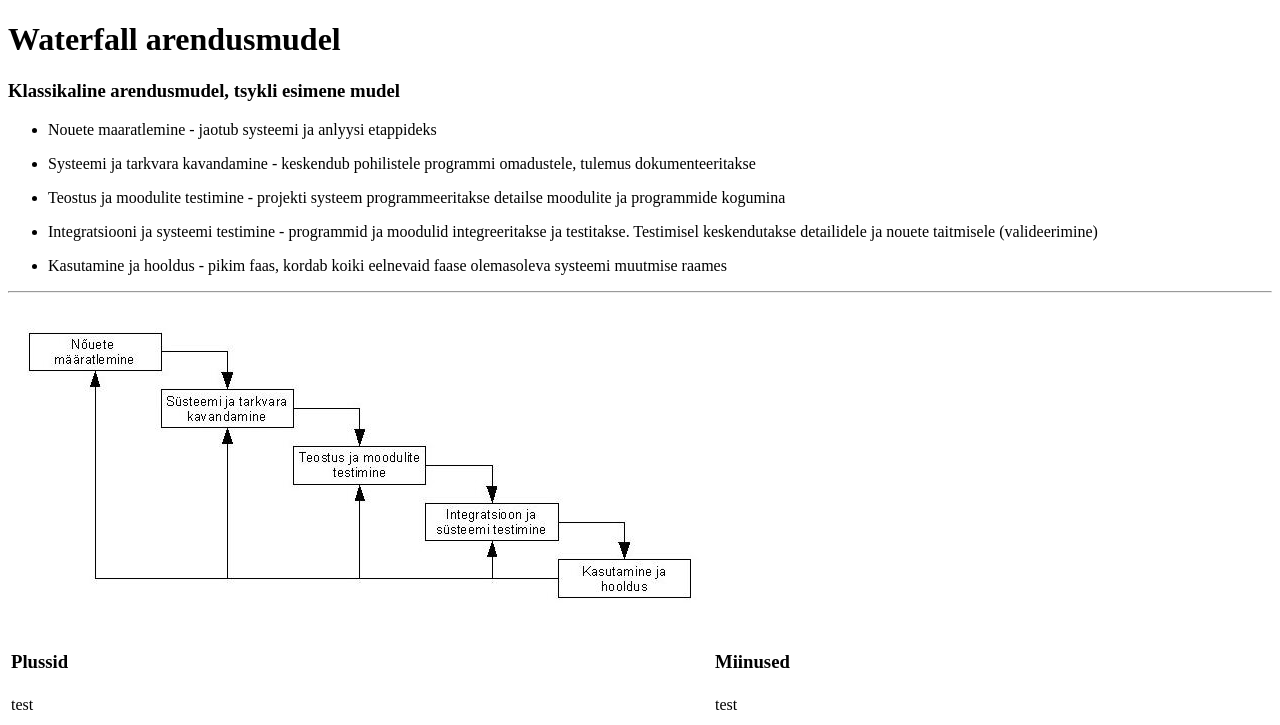
Repository: annemariv/Targe24
Page: elutsykkel/waterfall.html
The author's editor kept a copy of each file at every save. The page is drawn from the files as they stood at one save, then again after a run of saves.
The browser window is 1280 px wide. The pictures show the whole page.

Above is the page before, as saved 2024-11-06 19:00:07.

### elutsykkel/waterfall.html
<!DOCTYPE html>
<html lang="en">
<head>
    <meta charset="UTF-8">
    <meta name="viewport" content="width=device-width, initial-scale=1.0">
    <title>Waterfall arendusmudel</title>
</head>
<body>
    <p>
        <!--pealkiri-->
        <!--kirjeldus oma sonadega-->
        <!--etappide tapsem kirjeldus-->
        <!--visuaalne joonis-->
        <!--tabel, mis loetleb head ja vead ()-->
    </p>
    <h1>Waterfall arendusmudel</h1>
    <h3>Klassikaline arendusmudel, tsykli esimene mudel</h3>
    <ul>
        <li>
            <p>Nouete maaratlemine - jaotub systeemi ja anlyysi etappideks</p>
        </li>
        <li>
            <p>Systeemi ja tarkvara kavandamine - keskendub pohilistele programmi omadustele, tulemus dokumenteeritakse</p>
        </li>
        <li>
            <p>Teostus ja moodulite testimine - projekti systeem programmeeritakse detailse moodulite ja programmide kogumina</p>
        </li>
        <li>
            <p>Integratsiooni ja systeemi testimine - programmid ja moodulid integreeritakse ja testitakse. Testimisel keskendutakse detailidele ja nouete taitmisele (valideerimine)</p>
        </li>
        <li>
            <p>Kasutamine ja hooldus - pikim faas, kordab koiki eelnevaid faase olemasoleva systeemi muutmise raames</p>
        </li>
    </ul>
    <hr/>
    <table>
        <tr>
            <td> <img src="/pildid/image2.1.jpeg" />
            </td>
        </tr>
        <tr>
            <td><h3>Plussid</h3></td>
            <td><h3>Miinused</h3></td>
        </tr>
        <tr>
            <td>test</td>
            <td>test</td>
        </tr>
    </table>
</body>
</html>

After the next 2 saves:
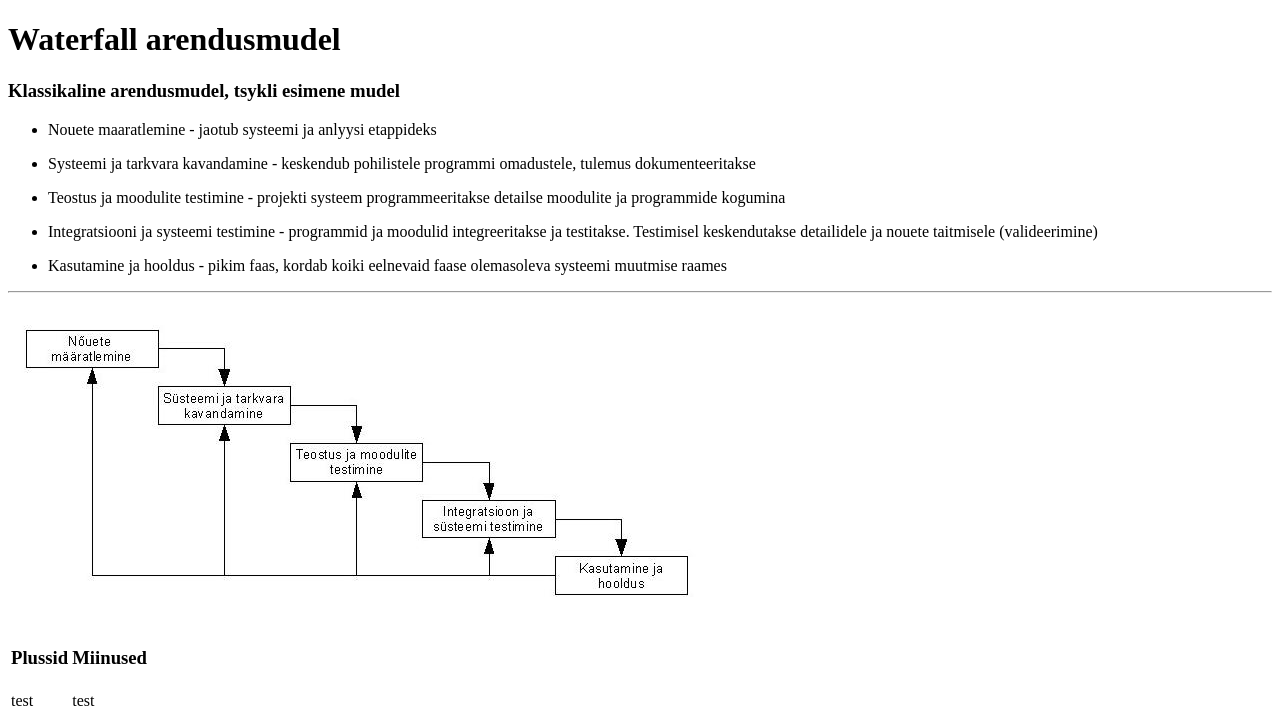
The 2 saves are shown as one change because they came seconds apart.
The last was saved 30 s later.
--- a/elutsykkel/waterfall.html
+++ b/elutsykkel/waterfall.html
@@ -33,11 +33,12 @@
         </li>
     </ul>
     <hr/>
+    <tr>
+        <td> <img src="/pildid/image2.1.jpeg" />
+        </td>
+    </tr>
     <table>
-        <tr>
-            <td> <img src="/pildid/image2.1.jpeg" />
-            </td>
-        </tr>
+
         <tr>
             <td><h3>Plussid</h3></td>
             <td><h3>Miinused</h3></td>

After the save that followed:
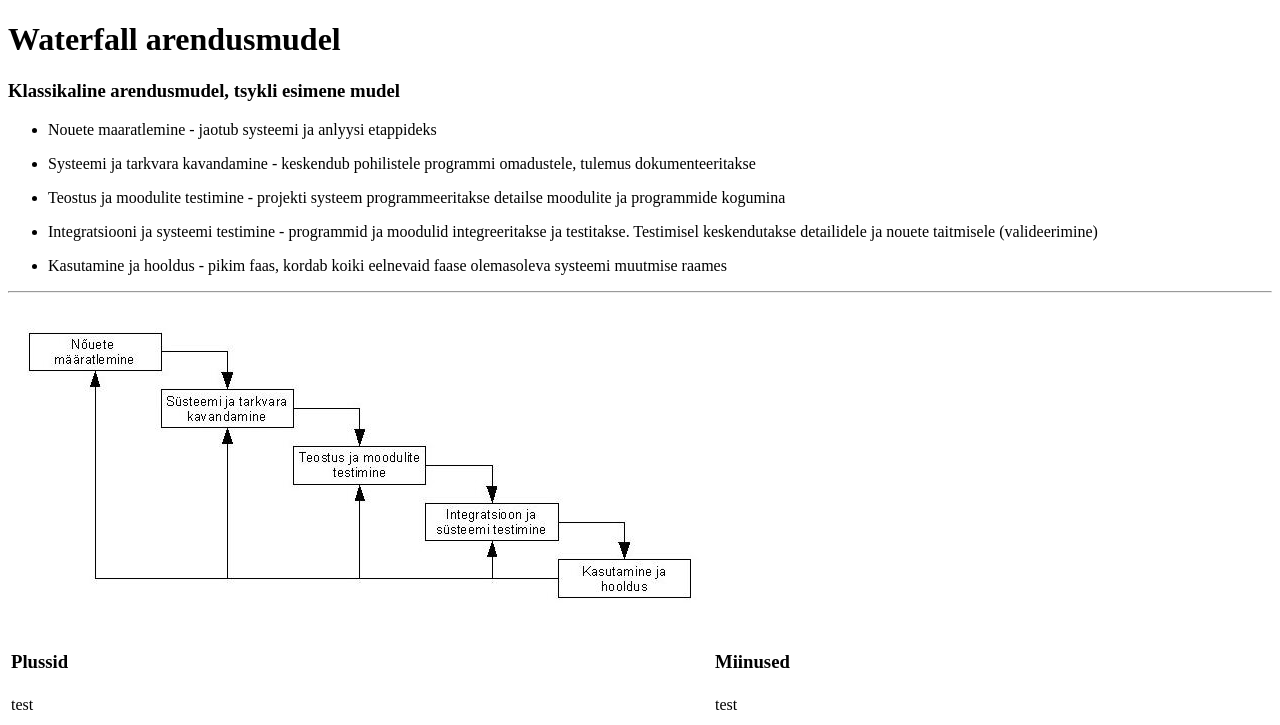
Saved 9 s later.
--- a/elutsykkel/waterfall.html
+++ b/elutsykkel/waterfall.html
@@ -33,12 +33,11 @@
         </li>
     </ul>
     <hr/>
-    <tr>
-        <td> <img src="/pildid/image2.1.jpeg" />
-        </td>
-    </tr>
     <table>
-
+        <tr>
+            <td> <img src="/pildid/image2.1.jpeg" />
+            </td>
+        </tr>
         <tr>
             <td><h3>Plussid</h3></td>
             <td><h3>Miinused</h3></td>
